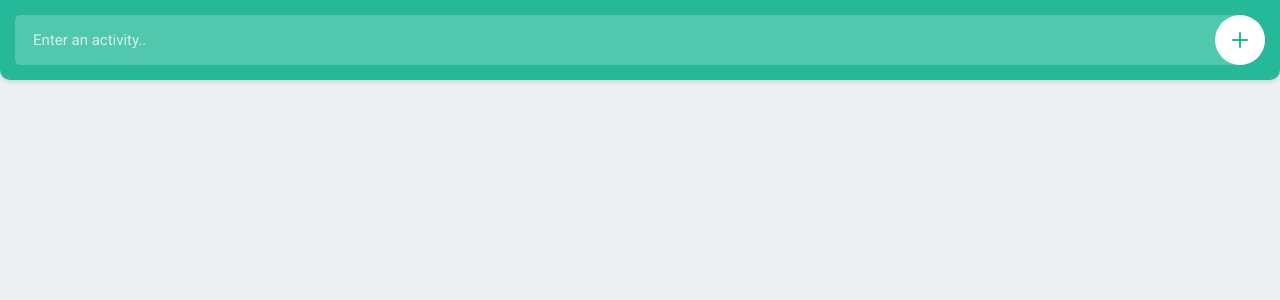
Repository: kevinheywood/todo_list
Page: index.html
The author's editor kept a record of every edit. The page is drawn from the files as they stood at one moment, then again after the next edit.
The browser window is 1280 px wide. The pictures show the whole page.

Above is the page before.

### index.html
<!DOCTYPE html>
<html lang="en">
<head>
    <meta charset="UTF-8">
    <meta name="viewport" content="width=device-width, initial-scale=1.0">
    <meta http-equiv="X-UA-Compatible" content="ie=edge">

    <title>To-Do List App</title>

    <!-- Roboto font embed -->
    <link href="https://fonts.googleapis.com/css?family=Roboto:400,500,700" rel="stylesheet">

    <!-- Stylesheets -->
    <link rel="stylesheet" type="text/css" href="resources/css/reset.min.css">
	<link rel="stylesheet" type="text/css" href="resources/css/style.css">
</head>
<body>

    <header>
			<input type="text" placeholder="Enter an activity.." id="item">
			<button id="add">
				<svg version="1.1" xmlns="http://www.w3.org/2000/svg" xmlns:xlink="http://www.w3.org/1999/xlink" x="0px" y="0px"viewBox="0 0 16 16" style="enable-background:new 0 0 16 16;" xml:space="preserve"><g><path class="fill" d="M16,8c0,0.5-0.5,1-1,1H9v6c0,0.5-0.5,1-1,1s-1-0.5-1-1V9H1C0.5,9,0,8.5,0,8s0.5-1,1-1h6V1c0-0.5,0.5-1,1-1s1,0.5,1,1v6h6C15.5,7,16,7.5,16,8z"/></g></svg>
			</button>
	</header>

</body>
</html>

### resources/css/style.css
@charset "UTF-8";

body {
  background: #edf0f1;
  padding: 80px 0 0 0;
}

body, input, button {
  font-family: 'Roboto', sans-serif;
}

.noFill {
  fill: none;
}

header {
  width: 100%;
  height: 80px;

  position: fixed;
  padding: 15px;
  top: 0;
  left: 0;
  z-index: 5;

  background: #25b99a;
  box-shadow: 0px 2px 4px rgba(44, 62, 80, 0.15);
  border-bottom-right-radius: 10px;
  border-bottom-left-radius: 10px;
}

header input {
  width: 100%;
  height: 50px;
  float: left;
  color: #fff;
  font-size: 15px;
  font-weight: 400;
  text-indent: 18px;
  padding: 0 60px 0 0;
  background: rgba(255, 255, 255, 0.2);
  border-radius: 5px 25px 25px 5px;
  border: 0px;
  box-shadow: none;
  outline: none;

  -webkit-appearance: none;
  -moz-appearance: none;
}

header input::-webkit-input-placeholder {
  color: rgba(255, 255, 255, 0.75);
}

header input:-moz-input-placeholder {
  color: rgba(255, 255, 255, 0.75);
}

header input::-moz-input-placeholder {
  color: rgba(255, 255, 255, 0.75);
}

header input:-ms-input-placeholder {
  color: rgba(255, 255, 255, 0.75);
}

header button {
  width: 50px;
  height: 50px;

  position:absolute;
  top:15px;
  right:15px;
  z-index:2;

  border-radius: 25px;
  background: #fff;
  border: 0px;
  box-shadow: none;
  outline: none;
  cursor: pointer;

  -webkit-appearance: none;
  -moz-appearance: none;
}

header button svg {
  width: 16px;
  height: 16px;

  position: absolute;
  top: 50%;
  left: 50%;

  margin: -8px 0 0 -8px;
}

header button svg .fill {
  fill: #25b99a;
}

.container {
  width: 100%;
  float: left;
  padding: 15px;
}

ul.todo {
  width: 100%;
  float: left;
}

ul.todo li {
  width: 100%;
  min-height: 50px;
  float: left;
  font-size: 14px;
  font-weight: 500;
  color: #444;
  line-height: 22px;

  background: #fff;
  border-radius: 5px;
  position: relative;
  box-shadow: 0px 1px 2px rgba(44, 62, 80, 0.10);
  margin: 0 0 10px 0;
  padding: 14px 100px 14px 14px;
  word-break: break-word;
}

ul.todo li:last-of-type {
  margin: 0;
}

ul.todo li .buttons {
  width: 100px;
  height: 50px;

  position: absolute;
  top: 0;
  right: 0;
}

ul.todo li .buttons button {
  width: 50px;
  height: 50px;
  float: left;
  background: none;
  position: relative;
  border: 0px;
  box-shadow: none;
  outline: none;
  cursor: pointer;

  -webkit-appearance: none;
  -moz-appearance: none;
}

ul.todo li .buttons button:last-of-type:before {
  content: '';
  width: 1px;
  height: 30px;
  background: #edf0f1;

  position: absolute;
  top: 10px;
  left: 0;
}

ul.todo li .buttons button svg {
  width: 22px;
  height: 22px;

  position: absolute;
  top: 50%;
  left: 50%;

  margin: -11px 0 0 -11px;
}

ul.todo li .buttons button.complete svg {
  border-radius: 11px;
  border: 1.5px solid #25b99a;

  transition: background 0.2s ease;
}

ul.todo#completed li .buttons button.complete svg {
  background: #25b99a;
  border: 0px;
}

ul.todo:not(#completed) li .buttons button.complete:hover svg {
  background: rgba(37, 185, 154, 0.75);
}

ul.todo:not(#completed) li .buttons button.complete:hover svg .fill {
  fill: #fff;
}

ul.todo#completed li .buttons button.complete svg .fill {
  fill: #fff;
}

ul.todo li .buttons button svg .fill {
  transition: fill 0.2s ease;
}

ul.todo li .buttons button.remove svg .fill {
  fill: #c0cecb;
}

ul.todo li .buttons button.remove:hover svg .fill {
  fill: #e85656;
}

ul.todo li .buttons button.complete svg .fill {
  fill: #25b99a;
}

ul.todo#completed {
  position: relative;
  padding: 60px 0 0 0;
}

ul.todo#completed:before {
  content: '';
  width: 150px;
  height: 1px;
  background: #d8e5e0;

  position: absolute;
  top: 30px;
  left: 50%;

  margin: 0 0 0 -75px;
}

ul.todo#todo:empty:after {
  content: 'You have nothing to-do!';
  margin: 15px 0 0 0;
}

ul.todo#completed:empty:after {
  content: 'You have yet to complete any tasks.';
}

ul.todo#todo:after,
ul.todo#completed:after {
  width: 100%;
  display: block;
  text-align: center;
  font-size: 12px;
  color: #aaa;
}

### resources/js/main.js
var data = (localStorage.getItem('todoList')) ? JSON.parse(localStorage.getItem('todoList')):{
  todo: [],
  completed: []
};

// Remove and complete icons in SVG format
var removeSVG = '<svg version="1.1" xmlns="http://www.w3.org/2000/svg" xmlns:xlink="http://www.w3.org/1999/xlink" x="0px" y="0px" viewBox="0 0 22 22" style="enable-background:new 0 0 22 22;" xml:space="preserve"><rect class="noFill" width="22" height="22"/><g><g><path class="fill" d="M16.1,3.6h-1.9V3.3c0-1.3-1-2.3-2.3-2.3h-1.7C8.9,1,7.8,2,7.8,3.3v0.2H5.9c-1.3,0-2.3,1-2.3,2.3v1.3c0,0.5,0.4,0.9,0.9,1v10.5c0,1.3,1,2.3,2.3,2.3h8.5c1.3,0,2.3-1,2.3-2.3V8.2c0.5-0.1,0.9-0.5,0.9-1V5.9C18.4,4.6,17.4,3.6,16.1,3.6z M9.1,3.3c0-0.6,0.5-1.1,1.1-1.1h1.7c0.6,0,1.1,0.5,1.1,1.1v0.2H9.1V3.3z M16.3,18.7c0,0.6-0.5,1.1-1.1,1.1H6.7c-0.6,0-1.1-0.5-1.1-1.1V8.2h10.6V18.7z M17.2,7H4.8V5.9c0-0.6,0.5-1.1,1.1-1.1h10.2c0.6,0,1.1,0.5,1.1,1.1V7z"/></g><g><g><path class="fill" d="M11,18c-0.4,0-0.6-0.3-0.6-0.6v-6.8c0-0.4,0.3-0.6,0.6-0.6s0.6,0.3,0.6,0.6v6.8C11.6,17.7,11.4,18,11,18z"/></g><g><path class="fill" d="M8,18c-0.4,0-0.6-0.3-0.6-0.6v-6.8c0-0.4,0.3-0.6,0.6-0.6c0.4,0,0.6,0.3,0.6,0.6v6.8C8.7,17.7,8.4,18,8,18z"/></g><g><path class="fill" d="M14,18c-0.4,0-0.6-0.3-0.6-0.6v-6.8c0-0.4,0.3-0.6,0.6-0.6c0.4,0,0.6,0.3,0.6,0.6v6.8C14.6,17.7,14.3,18,14,18z"/></g></g></g></svg>';
var completeSVG = '<svg version="1.1" xmlns="http://www.w3.org/2000/svg" xmlns:xlink="http://www.w3.org/1999/xlink" x="0px" y="0px" viewBox="0 0 22 22" style="enable-background:new 0 0 22 22;" xml:space="preserve"><rect y="0" class="noFill" width="22" height="22"/><g><path class="fill" d="M9.7,14.4L9.7,14.4c-0.2,0-0.4-0.1-0.5-0.2l-2.7-2.7c-0.3-0.3-0.3-0.8,0-1.1s0.8-0.3,1.1,0l2.1,2.1l4.8-4.8c0.3-0.3,0.8-0.3,1.1,0s0.3,0.8,0,1.1l-5.3,5.3C10.1,14.3,9.9,14.4,9.7,14.4z"/></g></svg>';

renderTodoList();

// User clicked on the add button
// If there is any text inside the item field, add that text to the todo list
document.getElementById('add').addEventListener('click', function() {
  var value = document.getElementById('item').value;
  if (value) {
    addItem(value);
  }
});

document.getElementById('item').addEventListener('keydown', function (e) {
  var value = this.value;
  if ((e.code === 'Enter' || e.code === 'NumpadEnter') && value) {
    addItem(value);
  }
});

function addItem (value) {
  addItemToDOM(value);
  document.getElementById('item').value = '';

  data.todo.push(value);
  dataObjectUpdated();
}

function renderTodoList() {
  if (!data.todo.length && !data.completed.length) return;

  for (var i = 0; i < data.todo.length; i++) {
    var value = data.todo[i];
    addItemToDOM(value);
  }

  for (var j = 0; j < data.completed.length; j++) {
    var value = data.completed[j];
    addItemToDOM(value, true);
  }
}

function dataObjectUpdated() {
  localStorage.setItem('todoList', JSON.stringify(data));
}

function removeItem() {
  var item = this.parentNode.parentNode;
  var parent = item.parentNode;
  var id = parent.id;
  var value = item.innerText;

  if (id === 'todo') {
    data.todo.splice(data.todo.indexOf(value), 1);
  } else {
    data.completed.splice(data.completed.indexOf(value), 1);
  }
  dataObjectUpdated();

  parent.removeChild(item);
}

function completeItem() {
  var item = this.parentNode.parentNode;
  var parent = item.parentNode;
  var id = parent.id;
  var value = item.innerText;

  if (id === 'todo') {
    data.todo.splice(data.todo.indexOf(value), 1);
    data.completed.push(value);
  } else {
    data.completed.splice(data.completed.indexOf(value), 1);
    data.todo.push(value);
  }
  dataObjectUpdated();

  // Check if the item should be added to the completed list or to re-added to the todo list
  var target = (id === 'todo') ? document.getElementById('completed'):document.getElementById('todo');

  parent.removeChild(item);
  target.insertBefore(item, target.childNodes[0]);
}

// Adds a new item to the todo list
function addItemToDOM(text, completed) {
  var list = (completed) ? document.getElementById('completed'):document.getElementById('todo');

  var item = document.createElement('li');
  item.innerText = text;

  var buttons = document.createElement('div');
  buttons.classList.add('buttons');

  var remove = document.createElement('button');
  remove.classList.add('remove');
  remove.innerHTML = removeSVG;

  // Add click event for removing the item
  remove.addEventListener('click', removeItem);

  var complete = document.createElement('button');
  complete.classList.add('complete');
  complete.innerHTML = completeSVG;

  // Add click event for completing the item
  complete.addEventListener('click', completeItem);

  buttons.appendChild(remove);
  buttons.appendChild(complete);
  item.appendChild(buttons);

  list.insertBefore(item, list.childNodes[0]);
}

Loaded but not shown: resources/css/reset.min.css (common file)

After the next edit:
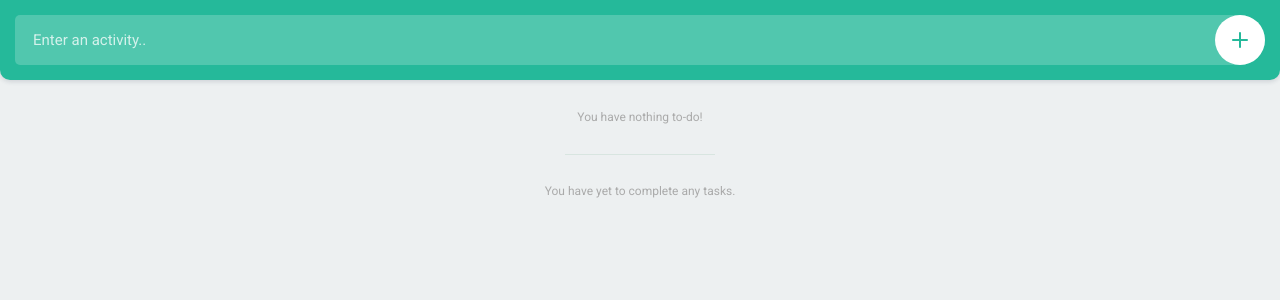
The edit:
--- a/index.html
+++ b/index.html
@@ -17,11 +17,21 @@
 <body>
 
     <header>
-			<input type="text" placeholder="Enter an activity.." id="item">
-			<button id="add">
-				<svg version="1.1" xmlns="http://www.w3.org/2000/svg" xmlns:xlink="http://www.w3.org/1999/xlink" x="0px" y="0px"viewBox="0 0 16 16" style="enable-background:new 0 0 16 16;" xml:space="preserve"><g><path class="fill" d="M16,8c0,0.5-0.5,1-1,1H9v6c0,0.5-0.5,1-1,1s-1-0.5-1-1V9H1C0.5,9,0,8.5,0,8s0.5-1,1-1h6V1c0-0.5,0.5-1,1-1s1,0.5,1,1v6h6C15.5,7,16,7.5,16,8z"/></g></svg>
-			</button>
+		<input type="text" placeholder="Enter an activity.." id="item">
+		<button id="add">
+			<svg version="1.1" xmlns="http://www.w3.org/2000/svg" xmlns:xlink="http://www.w3.org/1999/xlink" x="0px" y="0px"viewBox="0 0 16 16" style="enable-background:new 0 0 16 16;" xml:space="preserve"><g><path class="fill" d="M16,8c0,0.5-0.5,1-1,1H9v6c0,0.5-0.5,1-1,1s-1-0.5-1-1V9H1C0.5,9,0,8.5,0,8s0.5-1,1-1h6V1c0-0.5,0.5-1,1-1s1,0.5,1,1v6h6C15.5,7,16,7.5,16,8z"/></g></svg>
+		</button>
 	</header>
 
+	<div class="container">
+		<!-- Uncompleted tasks -->
+		<ul class="todo" id="todo"></ul>
+
+		<!-- Completed tasks -->
+		<ul class="todo" id="completed"></ul>
+	</div>
+
+    <!-- JavaScripts -->
+	<script src="resources/js/main.js"></script>
 </body>
 </html>
